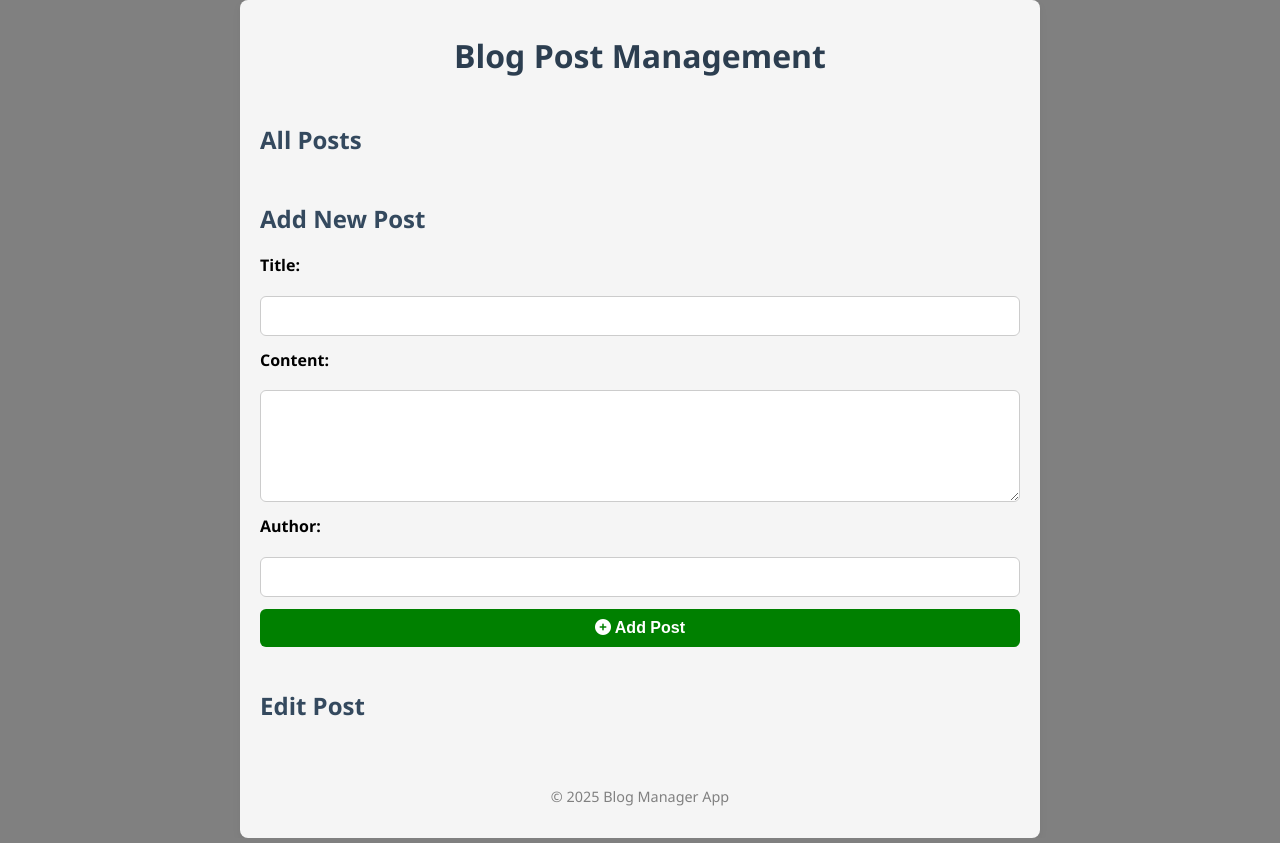
Repository: Hafifahussein/Post-Manager
Page: index.html
The author's editor kept a copy of each file at every save. The page is drawn from the files as they stood at one save, then again after the next save.
The browser window is 1280 px wide. The pictures show the whole page.
The page's requests for data from a server got no answer.

Above is the page before, as saved 2025-06-22 20:04:53.

After the next save:
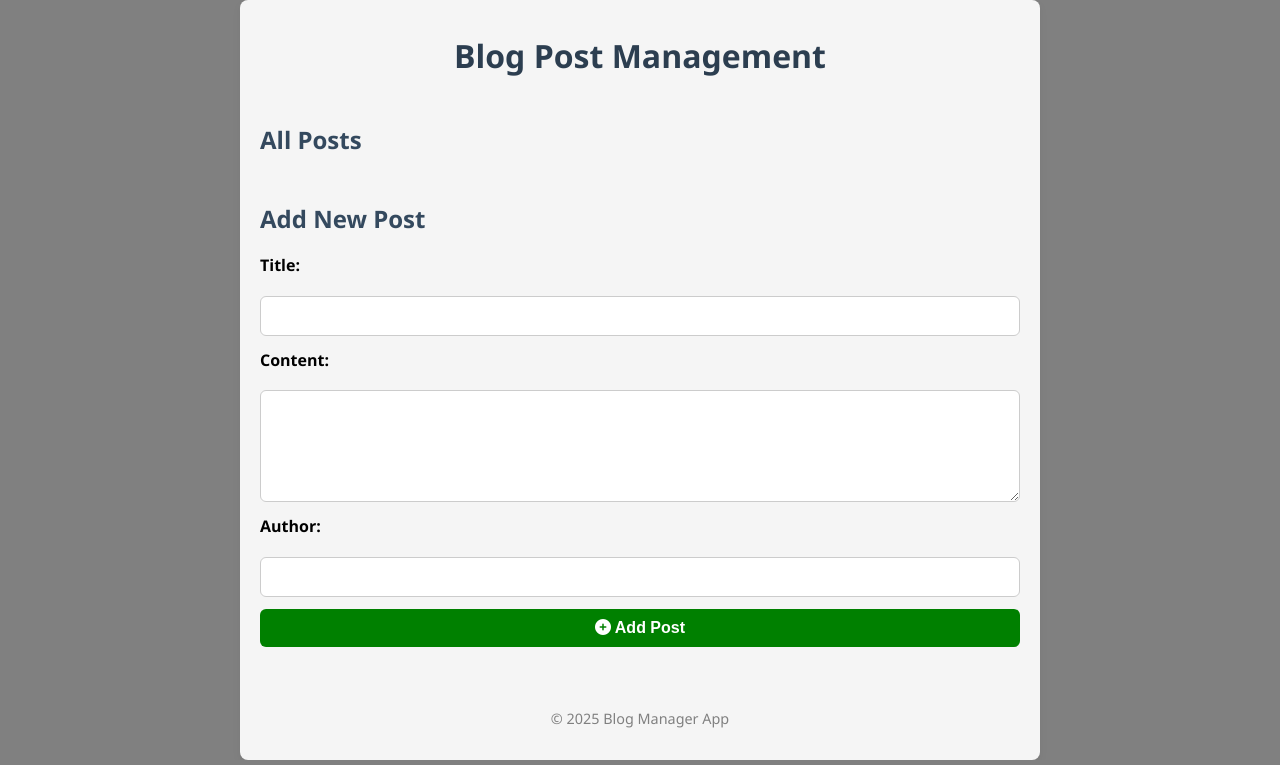
Saved 3 days later.
--- a/index.html
+++ b/index.html
@@ -44,7 +44,7 @@
       </section>
 
       <section class="section">
-        <h2>Edit Post</h2>
+
         <form id="edit-post-form" class="form hidden">
           <label for="edit-title">Title:</label>
           <input type="text" id="edit-title" name="title" required />

After the save that followed:
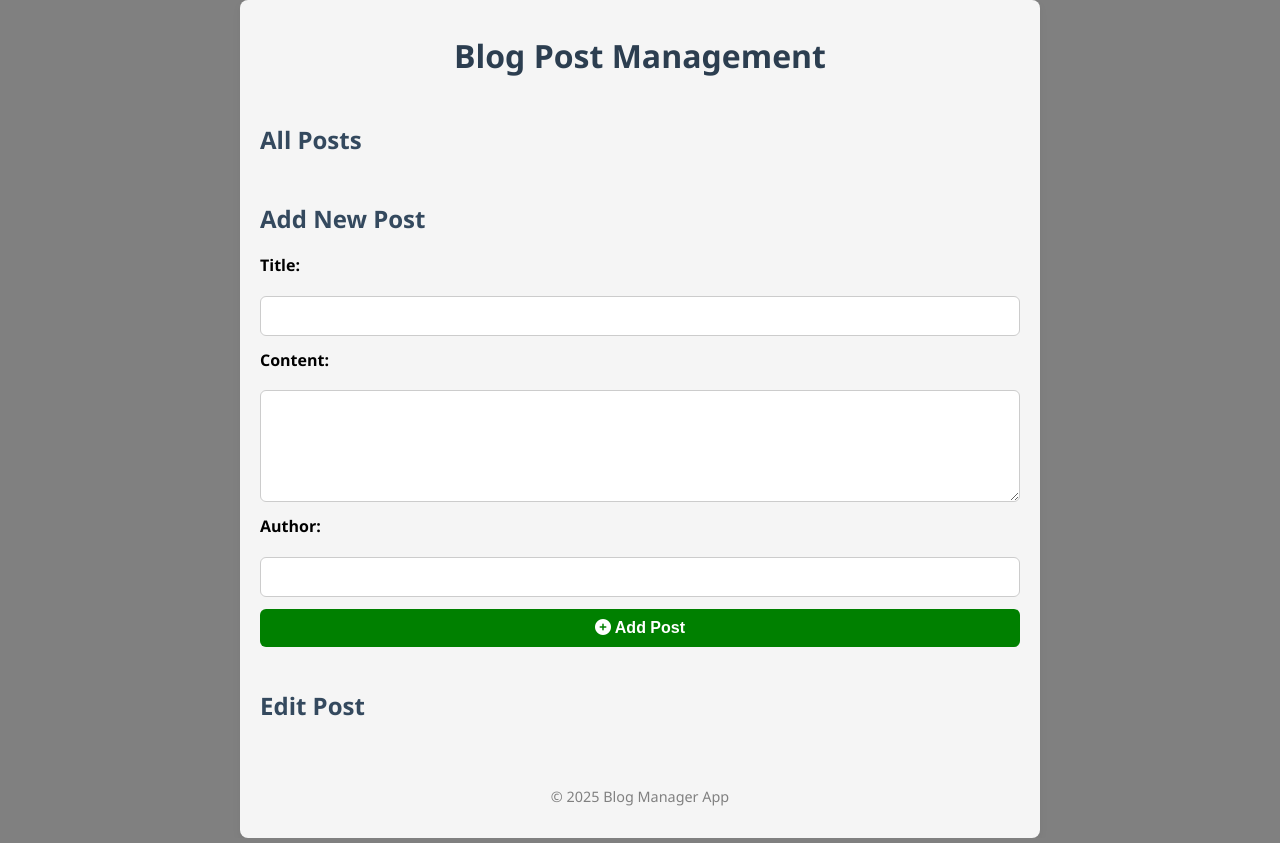
Saved 12 min 52 s later.
--- a/index.html
+++ b/index.html
@@ -44,7 +44,7 @@
       </section>
 
       <section class="section">
-
+        <h2>Edit Post</h2>
         <form id="edit-post-form" class="form hidden">
           <label for="edit-title">Title:</label>
           <input type="text" id="edit-title" name="title" required />
